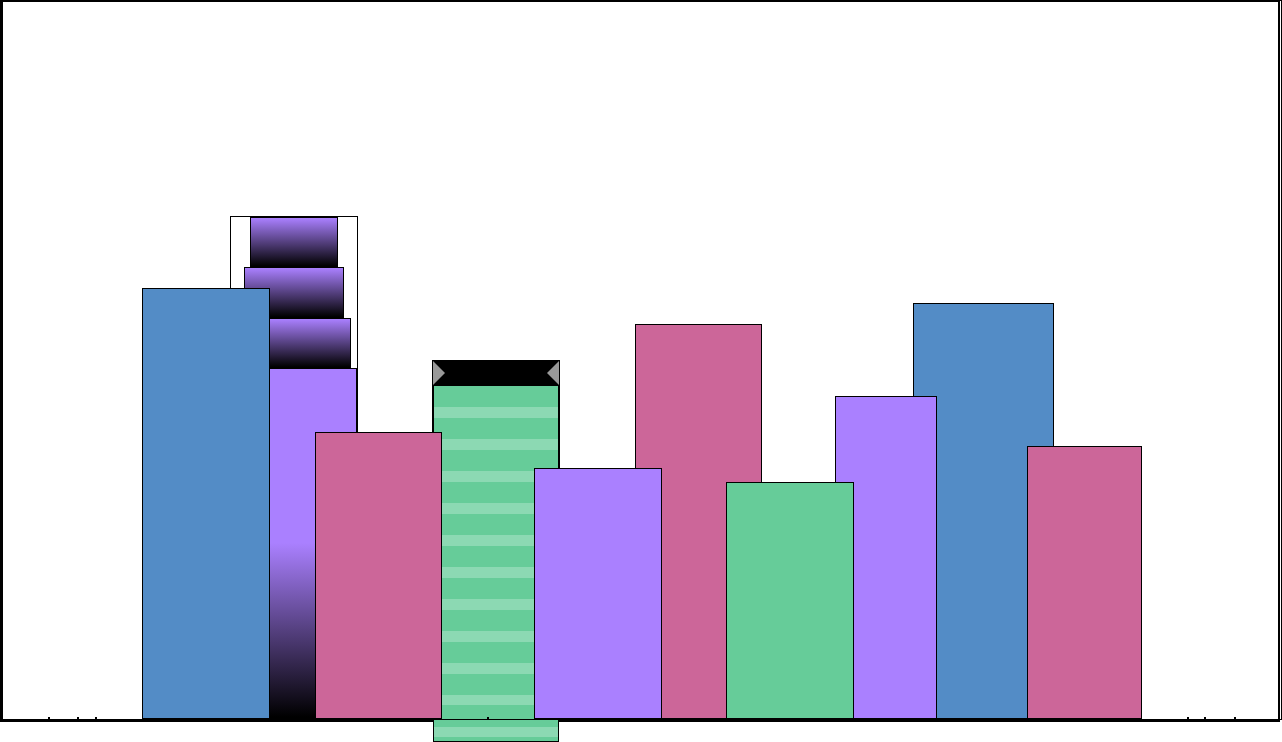
Repository: Lungdjos/city_skyline
Page: index.html
The author's editor kept a copy of each file at every save. The page is drawn from the files as they stood at one save, then again after the next save.
The browser window is 1280 px wide. The page is 1282 px wide, so the pictures cover 1282 px, including what lies to the right of the window. The pictures show the whole page.

Above is the page before, as saved 2023-12-12 10:53:46.

### index.html
<!DOCTYPE html>
<html lang="en">

<head>
    <meta charset="UTF-8">
    <meta name="viewport" content="width=device-width, initial-scale=1.0">
    <title>City Skyline</title>
    <link href="styles.css" rel="stylesheet" />
</head>

<body>
    <div class="background-buildings">
        <div></div>
        <div></div>
        <div class="bb1">
            <div class="bb1a bb1-window"></div>
            <div class="bb1b bb1-window"></div>
            <div class="bb1c bb1-window"></div>
            <div class="bb1d"></div>
        </div>
        <div class="bb2">
            <div class="bb2a"></div>
            <div class="bb2b"></div>
        </div>
        <div class="bb3"></div>
        <div></div>
        <div class="bb4"></div>
        <div></div>
        <div></div>
    </div>
    <div class="foreground-buildings">
        <div></div>
        <div></div>
        <div class="fb1"></div>
        <div class="fb2"></div>
        <div></div>
        <div class="fb3"></div>
        <div class="fb4"></div>
        <div class="fb5"></div>
        <div class="fb6"></div>
        <div></div>
        <div></div>
    </div>
</body>

</html>

</html>

</html>

### styles.css
:root {
    --building-color1: #aa80ff;
    --building-color2: #66cc99;
    --building-color3: #cc6699;
    --building-color4: #538cc6;
    --window-color1: black;
    --window-color2: #8cd9b3;
}

* {
    border: 1px solid black;
    box-sizing: border-box;
}

body {
    height: 100vh;
    margin: 0;
    overflow: hidden;
}

.background-buildings,
.foreground-buildings {
    width: 100%;
    height: 100%;
    display: flex;
    align-items: flex-end;
    justify-content: space-evenly;
    position: absolute;
    top: 0;
}


/* BACKGROUND BUILDINGS - "bb" stands for "background building" */

.bb1 {
    width: 10%;
    height: 70%;
    display: flex;
    flex-direction: column;
    align-items: center;
}

.bb1a {
    width: 70%;
}

.bb1b {
    width: 80%;
}

.bb1c {
    width: 90%;
}

.bb1d {
    width: 100%;
    height: 70%;
    background: linear-gradient( var(--building-color1) 50%, var(--window-color1));
}

.bb1-window {
    height: 10%;
    background: linear-gradient( var(--building-color1), var(--window-color1));
}

.bb2 {
    width: 10%;
    height: 50%;
}

.bb2a {
    margin: auto;
    /* width: 5vw;
    height: 5vw; */
    border-top: 1vw solid #000;
    border-bottom: 1vw solid #000;
    border-left: 1vw solid #999;
    border-right: 1vw solid #999;
}

.bb2b {
    width: 100%;
    height: 100%;
    background: repeating-linear-gradient(var(--building-color2) 0%, var(--building-color2) 6%, var(--window-color2) 6%, var(--window-color2) 9%);
}

.bb3 {
    width: 10%;
    height: 55%;
    background-color: var(--building-color3);
}

.bb4 {
    width: 11%;
    height: 58%;
    background-color: var(--building-color4);
}


/* FOREGROUND BUILDINGS - "fb" stands for "foreground building" */

.fb1 {
    width: 10%;
    height: 60%;
    background-color: var(--building-color4);
}

.fb2 {
    width: 10%;
    height: 40%;
    background-color: var(--building-color3);
}

.fb3 {
    width: 10%;
    height: 35%;
    background-color: var(--building-color1);
}

.fb4 {
    width: 8%;
    height: 45%;
    background-color: var(--building-color1);
    position: relative;
    left: 10%;
}

.fb5 {
    width: 10%;
    height: 33%;
    background-color: var(--building-color2);
    position: relative;
    right: 10%;
}

.fb6 {
    width: 9%;
    height: 38%;
    background-color: var(--building-color3);
}

After the next save:
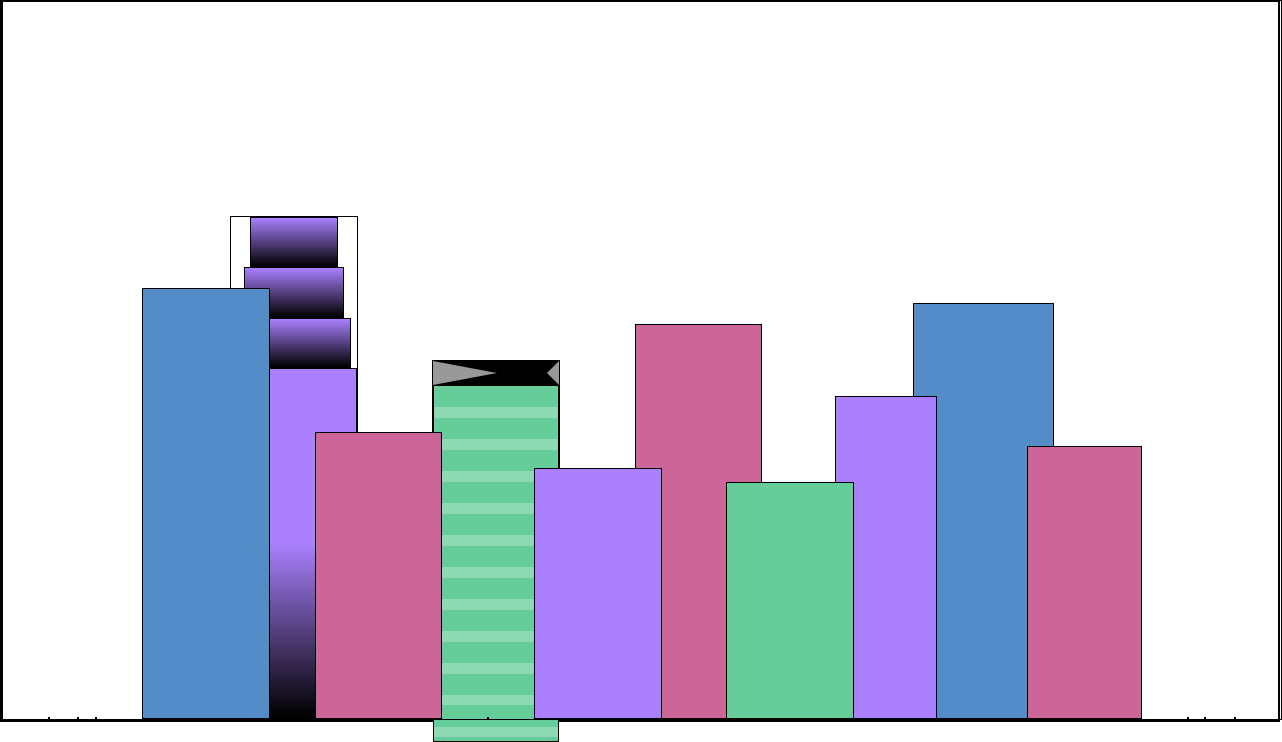
Saved 8 s later.
--- a/styles.css
+++ b/styles.css
@@ -74,7 +74,7 @@ body {
     height: 5vw; */
     border-top: 1vw solid #000;
     border-bottom: 1vw solid #000;
-    border-left: 1vw solid #999;
+    border-left: 5vw solid #999;
     border-right: 1vw solid #999;
 }
 
